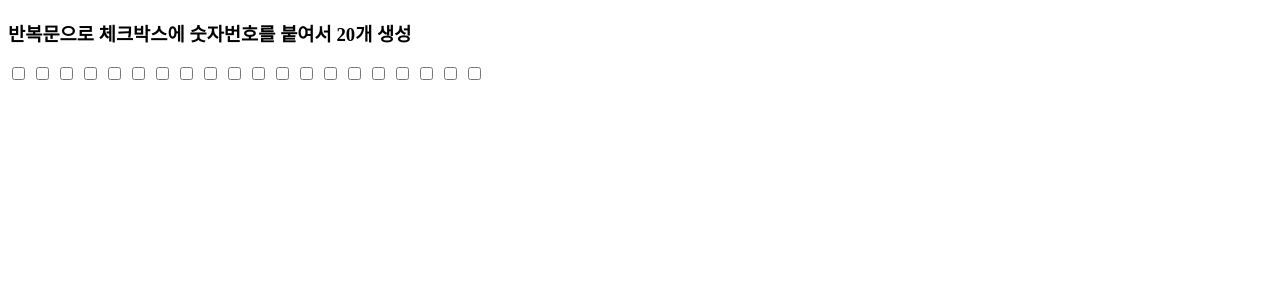
Repository: YeonHaw/jsp
Page: http://localhost/JSPBasic/JSpTag/script02.jsp
The author's editor kept a copy of each file at every save. The page is drawn from the files as they stood at one save, then again after the next save.
The browser window is 1280 px wide. The pictures show the whole page.
The page is served by Tomcat 9. Nobody is signed in. The application's start-up code is not run.

Above is the page before, as saved 2023-12-27 07:40:10.

After the next save:
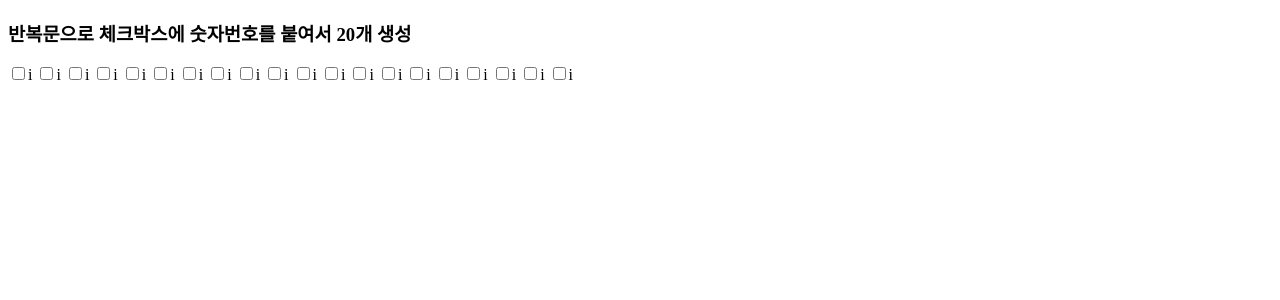
Saved 12 s later.
--- a/JSPBasic/src/main/webapp/JSpTag/script02.jsp
+++ b/JSPBasic/src/main/webapp/JSpTag/script02.jsp
@@ -23,7 +23,7 @@
 <h3>반복문으로 체크박스에 숫자번호를 붙여서 20개 생성</h3>
 
 <% for(int i =1; i<=20; i++){
-	out.println("<input type='checkbox' name='ex' >");
+	out.println("<input type='checkbox' name='ex' >i");
 }
 %>
 
